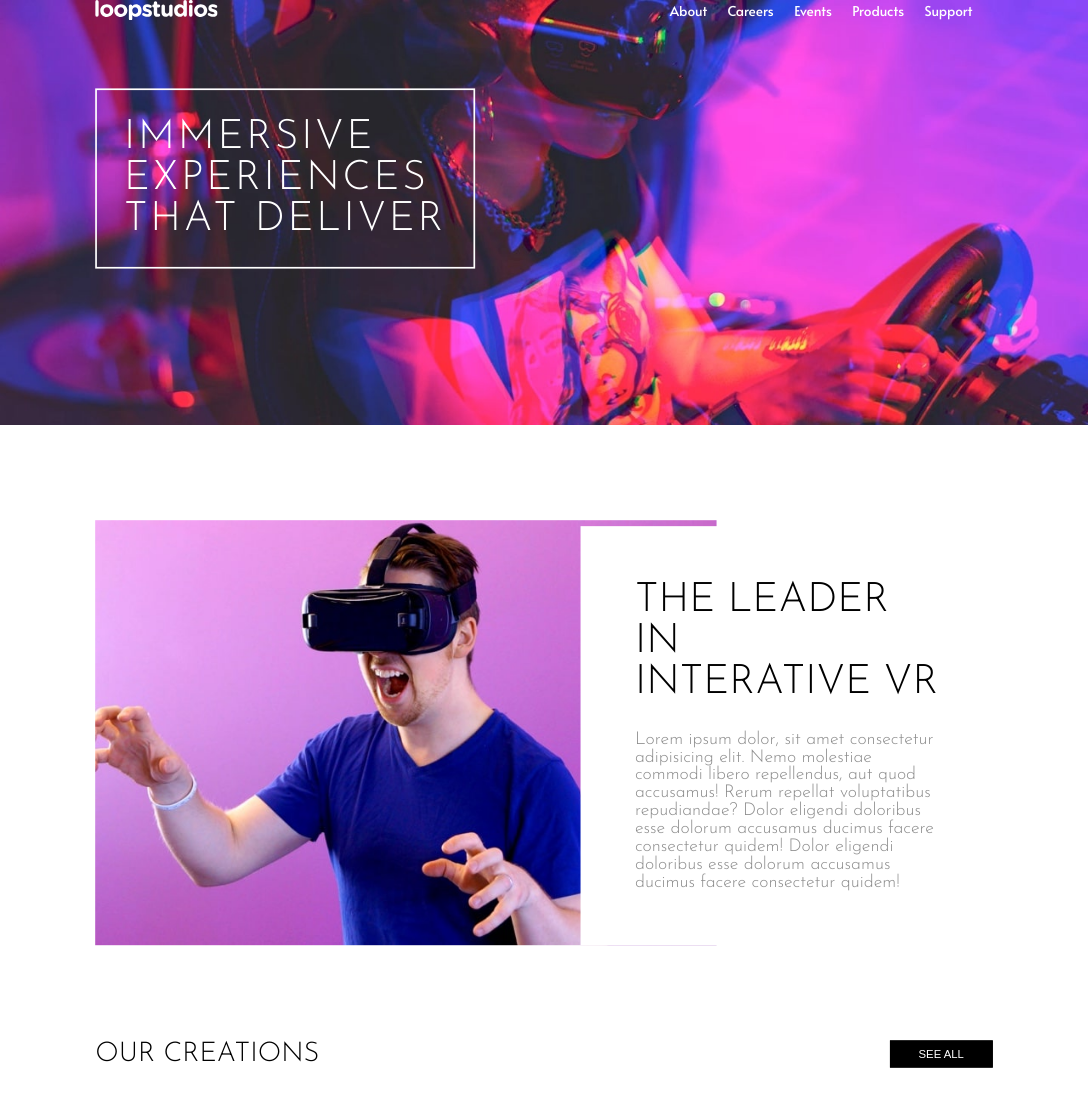
Repository: gligor99/loopstudios-fm
Page: /
An editor plug-in stored every save of this project. The page is shown before and after the next save, followed by the edit.
The browser window is 1280 px wide. The pictures show the whole page, at 85% of full size.
Backgrounds fixed to the window are drawn as part of the page. The project was rebuilt for these pictures with package versions that can differ from the ones it lists, and the page was loaded fresh each time.

Above is the page before, as saved 2021-11-28 16:09:26.

### src/index.css
@import url('https://fonts.googleapis.com/css2?family=Alata&family=Josefin+Sans:wght@300&display=swap');

:root {
  --clr-white: hsl(0, 0%, 100%);
  --clr-black: hsl(0, 0%, 0%);
  --clr-dark-gray: hsl(0, 0%, 55%);
  --clr-very-dark-gray: hsl(0, 0%, 41%)
}

*,
::after,
::before {
  margin: 0;
  padding: 0;
  box-sizing: border-box;
}

body {
  font-family: "Alata", sans-serif;
  background: var(--clr-light-grayish-cyan);
  color: var(--clr-grey-1);
  font-size: 1rem;
}

### src/App.jsx
import About from "./components/About/About";
import Creations from "./components/Creations/Creations";
import Hero from "./components/Hero/Hero";


function App() {
  return (
    <div className="App">
      <Hero />
      <About />
      <Creations />
    </div>
  );
}

export default App;

### src/components/About/About.jsx
import "./about.css";
import image from "../../assets/desktop/image-interactive.jpg";

const About = () => {
  return (
    <div className="about-container">
      <img className="image-interactive" src={image} alt="interactive.jpg" />
      <div className="about-content">
        <h1 className="about-title">The leader in <br />interative VR</h1>
        <p className="about-p">
          Lorem ipsum dolor, sit amet consectetur adipisicing elit. Nemo
          molestiae commodi libero repellendus, aut quod accusamus! Rerum
          repellat voluptatibus repudiandae? Dolor eligendi doloribus esse
          dolorum accusamus ducimus facere consectetur quidem! Dolor eligendi doloribus esse
          dolorum accusamus ducimus facere consectetur quidem!
        </p>
      </div>
    </div>
  );
};

export default About;

### src/components/Creations/Creations.jsx
import './creations.css'

const Creations = () => {
  return <div className="creation-container">
      <div className="creation-header">
          <h1 className="creation-title">
              Our Creations
          </h1>
          <button className="creation-btn">
              See All
          </button>
      </div>
  </div>;
};

export default Creations;

### src/components/Hero/Hero.jsx
import React from "react";
import Navbar from "../Navbar/Navbar";
import "./hero.css";

const Hero = () => {
  return (
    <div className="container">
      <Navbar />
      <div className="container-content">
        <h1 className="title">
          Immersive <br /> experiences <br />
          that deliver
        </h1>
      </div>
    </div>
  );
};

export default Hero;

### src/components/About/about.css
.about-container {
  display: flex;
  justify-content: center;
  align-items: flex-end;
  margin: auto;
  padding: 7rem;
}

.image-interactive {
  height: 80%;
  z-index: -1;
}
.about-content {
  background-color: var(--clr-white);
  z-index: 1;
  height: 80%;
  padding: 4rem;
  margin-left: -10rem;
}

.about-title {
  font-family: "Josefin Sans", sans-serif;
  font-weight: 100;
  font-size: 3rem;
  text-transform: uppercase;
}

.about-p {
  color: var(--clr-dark-gray);
  font-family: "Josefin Sans", sans-serif;
  font-size: 1.3rem;
  padding-top: 2rem;
}

### src/components/Creations/creations.css
.creation-header {
  display: flex;
  flex-direction: row;
  justify-content: space-between;
  padding-left: 7rem;
  padding-right: 7rem;
  padding-bottom: 2rem;
}

.creation-title {
  font-family: "Josefin Sans", sans-serif;
  text-transform: uppercase;
  font-weight: 100;
}

.creation-btn {
  border: none;
  background-color: var(--clr-black);
  border: 2px solid black;
  color: var(--clr-white);
  text-transform: uppercase;
  padding: 0 2rem 0 2rem;
  cursor: pointer;
  transition: 0.2s ease-in;
}
.creation-btn:hover {
  background-color: var(--clr-white);
  color: var(--clr-black);
  border: 2px solid black;
}

### src/components/Navbar/Navbar.jsx
import logo from "../../assets/logo.svg";
import "./navbar.css";

const Navbar = () => {
  return (
    <div className="wrapper">
      <img src={logo} alt="logo.svg" />
      <ul>
        <li>
          <a href="/about">About</a>
        </li>
        <li>
          <a href="/careers">Careers</a>
        </li>
        <li>
          <a href="/events">Events</a>
        </li>
        <li>
          <a href="/products">Products</a>
        </li>
        <li>
          <a href="/support">Support</a>
        </li>
      </ul>
    </div>
  );
};

export default Navbar;

### src/components/Hero/hero.css
.container {
    background: url('../../assets/desktop/image-hero.jpg');
    background-repeat: no-repeat;
    background-attachment: fixed;
    background-size: cover;
    height: 500px;
}
.container-content {
    display: flex;
    margin-top: 5rem;
    margin-left: 7rem;
}

.title {
    border: 2px solid var(--clr-white);
    padding: 2rem;
    text-transform: uppercase;
    font-family: 'Josefin Sans' , sans-serif;
    font-size: 3rem;
    font-weight: 100;
    letter-spacing: 0.2rem;
    color: white;
}

### src/components/Navbar/navbar.css
.wrapper {
  display: flex;
  flex-direction: row;
  justify-content: space-between;
  align-items: center;
  margin: auto;
  padding: 0 7rem 0 7rem;
  background-color: transparent;
}
img {
  height: 1.5rem;
}
ul {
  display: flex;
  flex-wrap: nowrap;
  justify-content: space-evenly;
}
li {
  list-style-type: none;
  padding-right: 1.5rem;
}
a {
  position: relative;
  display: inline-block;
  text-decoration: none;
  color: var(--clr-white);
}
a:after {
  content: "";
  position: absolute;
  left: 0;
  top: 100%;
  width: 0;
  height: 1.8px;
  background-color: var(--clr-white);
  transition: width 0.2s ease-in-out;
}
a:hover:after {
  width: 100%;
}

Loaded but not shown: public/index.html (common file); src/index.jsx (common file)

After the next save:
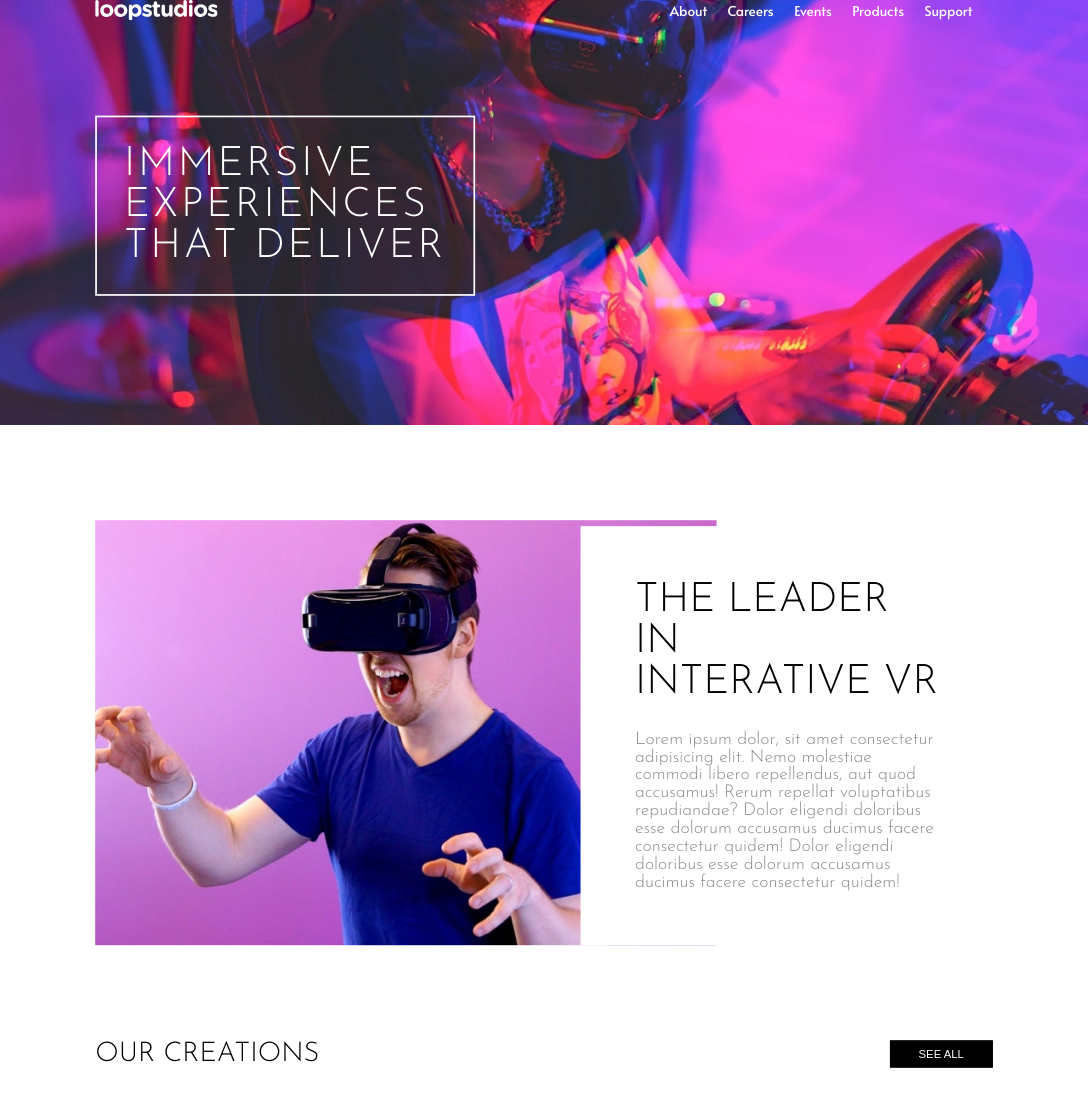
Saved 7 s later.
--- a/src/components/Navbar/navbar.css
+++ b/src/components/Navbar/navbar.css
@@ -4,7 +4,7 @@
   justify-content: space-between;
   align-items: center;
   margin: auto;
-  padding: 0 7rem 0 7rem;
+  padding: 0 7rem 2rem 7rem;
   background-color: transparent;
 }
 img {
